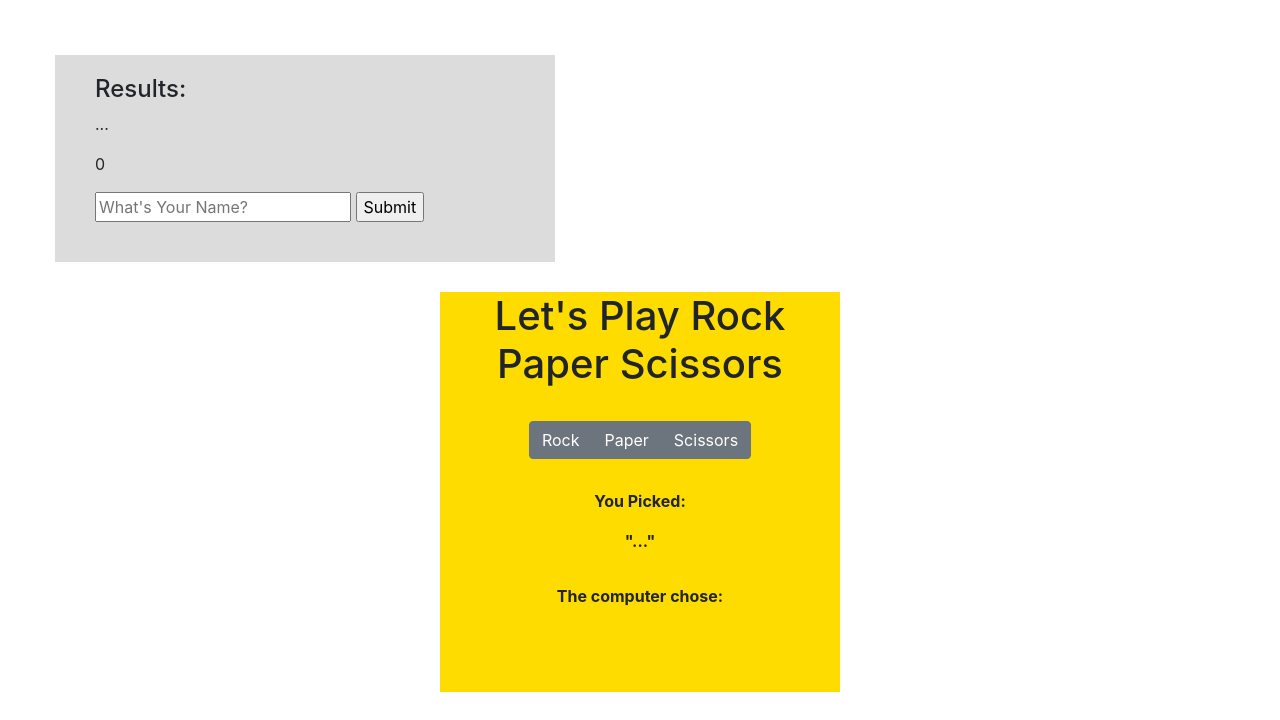
Repository: mskurnickcode/coupleDo
Page: http://localhost/
The author's editor kept a record of every edit. The page is drawn from the files as they stood at one moment, then again after the next edit.
The browser window is 1280 px wide. The pictures show the whole page.
The page is served by the project's application, run on Flask 3 (Rock/application.py).

Above is the page before.

After the next edit:
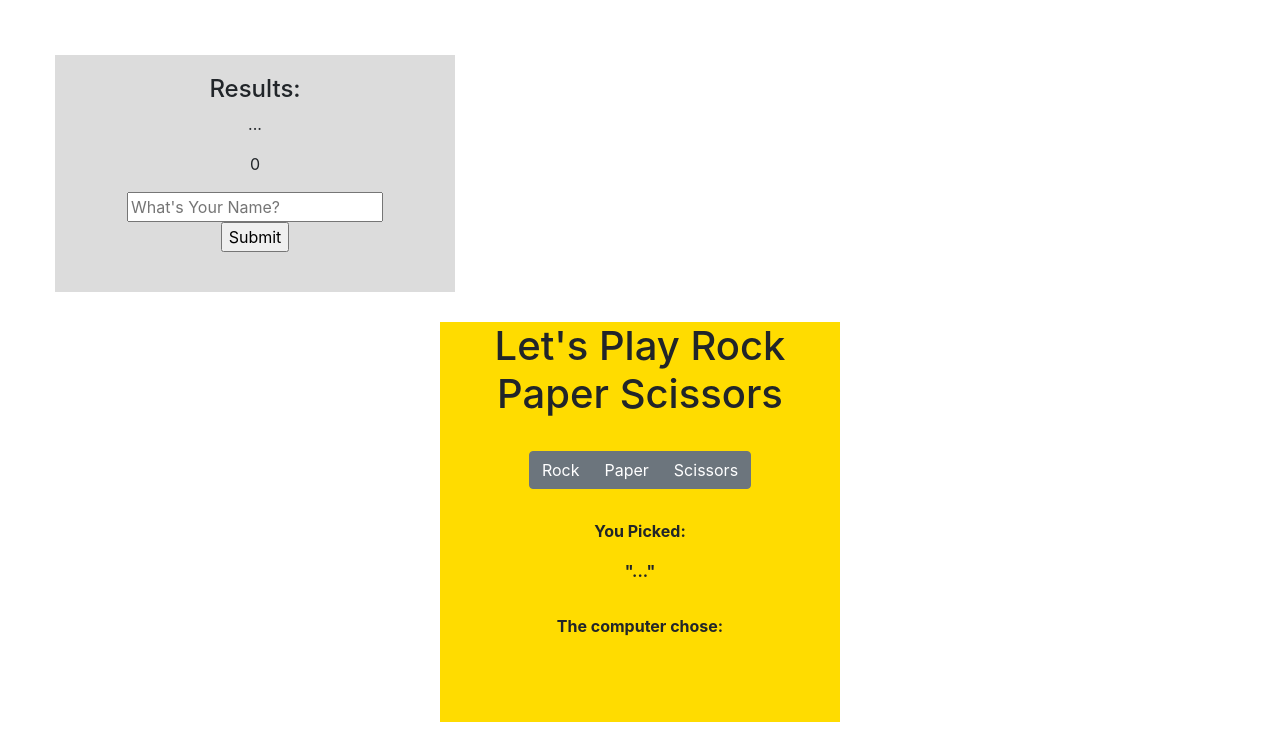
The edit:
--- a/ubuntu/Rock/static/css_image/styles.css
+++ b/ubuntu/Rock/static/css_image/styles.css
@@ -39,6 +39,6 @@
   background-color:	#DCDCDC;
   margin: 30px;
   padding: 20px 40px 40px;
-  max-width: 500px;
-  text-align: left;
+  max-width: 400px;
+  text-align: center;
 }
